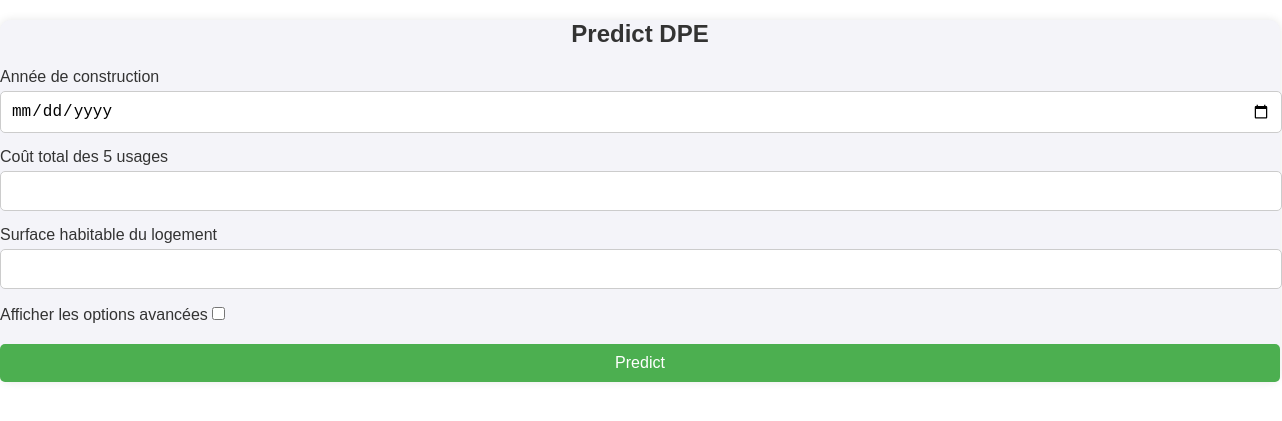
Repository: abdouAppcraft/Predict-DPE
Page: /
The author's editor kept a copy of each file at every save. The page is drawn from the files as they stood at one save, then again after the next save.
The browser window is 1280 px wide. The page is 1282 px wide, then 1280 px, then 1282 px, so the pictures cover 1282 px, including what lies to the right of the window. The pictures show the whole page.
The page's requests for data from a server got no answer. The project was rebuilt for these pictures with package versions that can differ from the ones it lists, and the page was loaded fresh each time. No one was signed in, and anything a server would have sent is missing. Also part of the build but not shown: src/screens/Result/Result.tsx.

Above is the page before, as saved 2024-06-11 17:03:48.

### src/App.tsx
import React from "react";
import PredictForm from "./screens/PredictForm/PredictForm";
import { createBrowserRouter, RouterProvider } from "react-router-dom";
import Result from "./screens/Result/Result";

const router = createBrowserRouter([
  {
    path: "/",
    Component: PredictForm,
  },
  {
    path: "/result",
    Component: Result,
  },
]);

const App: React.FC = () => {
  return (
    <>
      <RouterProvider router={router} />
    </>
  );
};

export default App;

### src/screens/PredictForm/PredictForm.tsx
import React, { useState } from "react";
import { useNavigate } from "react-router-dom";
import { useDpeOptions } from "../../hooks/useDpeOptions";
import "./PredictForm.css";
import strings from "../../strings/string";
import axios from "axios";
import computeData from "../../utils/computeData";

type Field = {
  name: string;
  type: string;
};

const field: Field[] = [
  { name: "Annee_construction", type: "date" },
  { name: "Cout_total_5_usages", type: "number" },
  { name: "Surface_habitable_logement", type: "number" },
];

const advancedField: Field[] = [
  { name: "Qualite_isolation_enveloppe", type: "select" },
  { name: "Type_energie_principale_chauffage", type: "select" },
  { name: "Type_installation_chauffage", type: "select" },
  { name: "Code_postal_BAN", type: "address" },
  { name: "Conso_5_usages_e_finale", type: "number" },
  { name: "Conso_5_usagesm2_e_finale", type: "number" },
  { name: "Emission_GES_5_usages", type: "number" },
  { name: "Emission_GES_5_usages_par_m2", type: "number" },
  { name: "Cout_chauffage", type: "number" },
  { name: "Cout_ECS", type: "number" },
  { name: "Qualite_isolation_menuiseries", type: "select" },
];

const PredictForm: React.FC = () => {
  const [formData, setFormData] = useState<Record<string, any>>({});
  const [advancedOp, setAdvancedOp] = useState<boolean>(false);

  const [prediction, setPrediction] = useState<string | null>(null);
  const navigate = useNavigate();
  const options = useDpeOptions();

  console.log({ options });

  const handleChange = (
    e: React.ChangeEvent<HTMLInputElement | HTMLSelectElement>
  ) => {
    const { name, value, type } = e.target;
    if (type === "checkbox") {
      setFormData({
        ...formData,
        [name]: (e.target as HTMLInputElement).checked,
      });
    } else {
      setFormData({
        ...formData,
        [name]: value,
      });
    }
  };

  const handleSubmit = async (e: React.FormEvent) => {
    e.preventDefault();
    try {
      const response = await axios.post(
        "http://localhost:8000/",
        computeData(formData)
      );
      // console.log("Prediction Response:", response.data); // Ajoutez ce journal pour voir la réponse
      // setPrediction(response.data.predicted_DPE);
      if (response.data) {
        setPrediction(JSON.stringify(response.data));
      }
    } catch (error) {
      console.error("There was an error making the request:", error);
    }
  };

  const renderRow = (f: Field) => {
    switch (f.type) {
      case "select":
        return (
          <div className="form-group">
            <label>{strings[f.name as keyof typeof strings]}</label>
            <select
              name={f.name}
              value={formData[f.name]}
              onChange={handleChange}
              required
            >
              {options &&
                Object.hasOwn(options, f.name) &&
                options[f.name as keyof typeof options].map(
                  (option: string) => {
                    return <option>{option} </option>;
                  }
                )}
            </select>
          </div>
        );
        break;

      default:
        return (
          <>
            <div className="form-group">
              <label>{strings[f.name as keyof typeof strings]}</label>
              <input
                type={f.type}
                name={f.name}
                value={formData[f.name]}
                onChange={handleChange}
                required
              />
            </div>
          </>
        );
    }
  };

  return (
    <main className="predict-form">
      <section>
        <h1>Predict DPE</h1>
        <form onSubmit={handleSubmit}>
          {field.map((f) => renderRow(f))}
          <div
            className="form-group"
            style={{ display: "flex", alignItems: "baseline" }}
          >
            <label htmlFor="advancedField">
              {advancedOp
                ? "Masquer les Options avancées"
                : "Afficher les options avancées"}
            </label>
            <input
              type="checkbox"
              name="advancedField"
              checked={advancedOp}
              onChange={(e) => setAdvancedOp(!advancedOp)}
            />
          </div>
          {advancedOp && advancedField.map((f) => renderRow(f))}
          <button type="submit" className="submit-btn">
            Predict
          </button>
        </form>
      </section>
      {prediction && (
        <section>
          <h2>Predicted DPE: {prediction}</h2>
        </section>
      )}
    </main>
  );
};

export default PredictForm;

### src/hooks/useDpeOptions.tsx
import axios from "axios";
import { useEffect, useState } from "react";

type DPE_Options_Type = {
  Qualite_isolation_enveloppe: string[];
  Type_energie_principale_chauffage: string[];
  Type_installation_chauffage: string[];
  Qualite_isolation_menuiseries: string[];
};
export const useDpeOptions = () => {
  const [options, setOptions] = useState<DPE_Options_Type>();

  useEffect(() => {
    axios
      .get<DPE_Options_Type>("http://127.0.0.1:8000/dpe/options")
      .then((res) => {
        setOptions(res.data);
      });
  }, []);

  return options;
};

### src/screens/PredictForm/PredictForm.css
.predict-form {
margin: 0;
background-color: #f4f4f9;
    border-radius: 10px;
    box-shadow: 0 0 10px rgba(0, 0, 0, 0.1);
    font-family: Arial, sans-serif;
}

.predict-form h1 {
    text-align: center;
    color: #333;
}

.form-group {
    margin-bottom: 15px;
}

.form-group label {
    display: block;
    margin-bottom: 5px;
    color: #333;
}

.form-group input,
.form-group select {
    width: calc(100% - 20px);
    padding: 10px;
    border: 1px solid #ccc;
    border-radius: 5px;
    font-size: 16px;
}

.form-group input[type="checkbox"] {
    width: auto;
}

.submit-btn {
    width: 100%;
    padding: 10px;
    background-color: #4CAF50;
    color: white;
    border: none;
    border-radius: 5px;
    font-size: 16px;
    cursor: pointer;
    transition: background-color 0.3s ease;
}

.submit-btn:hover {
    background-color: #45a049;
}

h2 {
    text-align: center;
    color: #333;
    margin-top: 20px;
}

body {
    margin:  none;
}

### src/strings/string.ts
const strings = {
  Annee_construction: "Année de construction",
  Cout_total_5_usages: "Coût total des 5 usages",
  Surface_habitable_logement: "Surface habitable du logement",
  Qualite_isolation_enveloppe: "Qualité de l'isolation de l'enveloppe",
  Type_energie_principale_chauffage: "Type d'énergie principale de chauffage",
  Type_installation_chauffage: "Type d'installation de chauffage",
  Code_postal_BAN: "Code postal BAN",
  Conso_5_usages_e_finale: "Consommation des 5 usages en énergie finale",
  Conso_5_usagesm2_e_finale:
    "Consommation des 5 usages par m² en énergie finale",
  Emission_GES_5_usages: "Émission de GES des 5 usages",
  Emission_GES_5_usages_par_m2: "Émission de GES des 5 usages par m²",
  Cout_chauffage: "Coût du chauffage",
  Cout_ECS: "Coût de l'ECS",
  Qualite_isolation_menuiseries: "Qualité de l'isolation des menuiseries",
};

export default strings;

### src/utils/computeData.ts
const computeData = (data: Record<string, any>) => {
  const newData = { ...data };
  for (var key in data) {
    if (key === "Annee_construction") {
      newData[key] = new Date(data[key]).getFullYear;
    }
  }
  return newData;
};

export default computeData;

Loaded but not shown: public/index.html (common file); src/index.tsx (common file); src/index.css (common file); src/reportWebVitals.ts (common file)

After the next save:
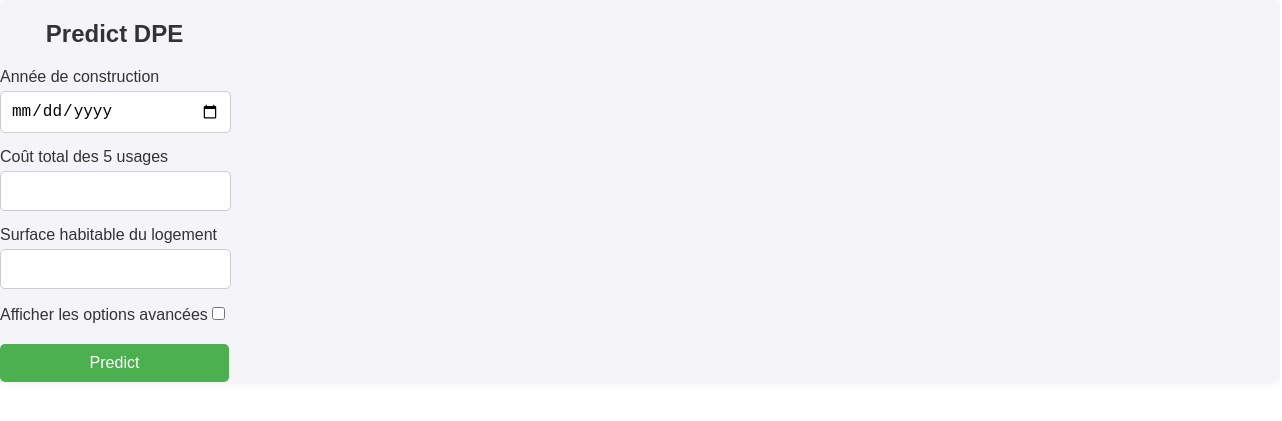
Saved 29 s later.
--- a/src/screens/PredictForm/PredictForm.css
+++ b/src/screens/PredictForm/PredictForm.css
@@ -1,9 +1,10 @@
 .predict-form {
-margin: 0;
-background-color: #f4f4f9;
+    margin: 0;
+    background-color: #f4f4f9;
     border-radius: 10px;
     box-shadow: 0 0 10px rgba(0, 0, 0, 0.1);
     font-family: Arial, sans-serif;
+    display: flex;
 }
 
 .predict-form h1 {

After the save that followed:
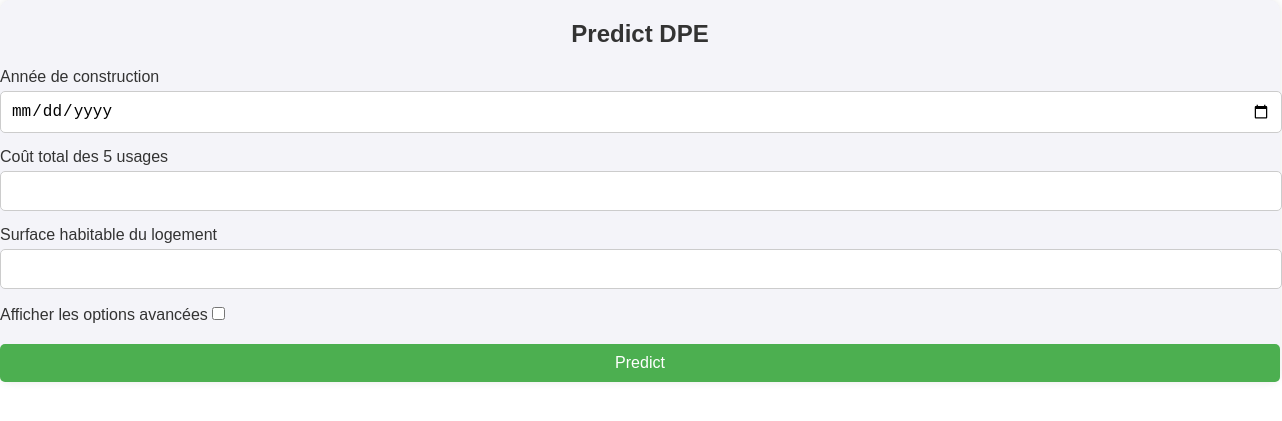
Saved 7 s later.
--- a/src/screens/PredictForm/PredictForm.css
+++ b/src/screens/PredictForm/PredictForm.css
@@ -4,7 +4,7 @@
     border-radius: 10px;
     box-shadow: 0 0 10px rgba(0, 0, 0, 0.1);
     font-family: Arial, sans-serif;
-    display: flex;
+    display: grid;
 }
 
 .predict-form h1 {
